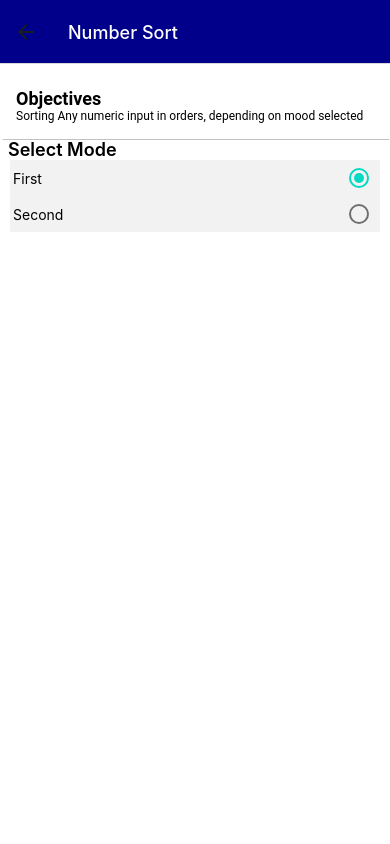
Repository: seyicoded/rn-crazy-algorithm-app
Screen: /Sort_simple_number
The author's editor kept a copy of each file at every save. The screen is drawn from the files as they stood at one save, then again after the next save.
The app was drawn by React Native's web renderer in a window 390 px wide. The project was rebuilt for these pictures with package versions that can differ from the ones it lists, and the page was loaded fresh each time. Also part of the build but not shown: src/screens/sort.js, src/screens/filter.js, src/screens/advance.js, src/screens/sorts/Sort_alphabet.js.

Above is the screen before, as saved 2022-03-30 17:47:28.

After the next save:
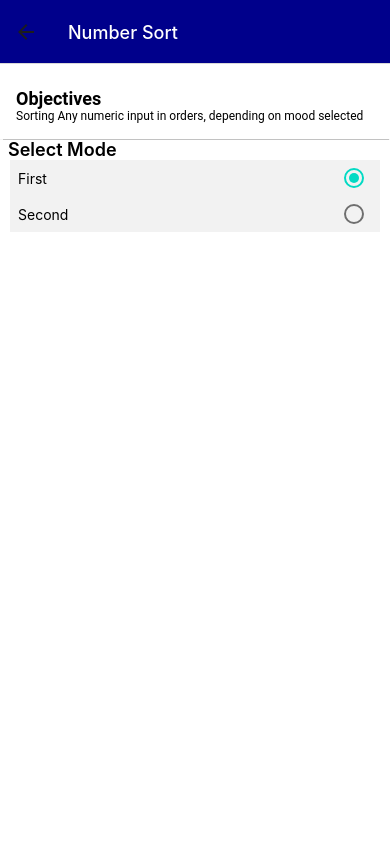
Saved 4 s later.
--- a/src/screens/sorts/Sort_simple_number.js
+++ b/src/screens/sorts/Sort_simple_number.js
@@ -55,6 +55,6 @@ const styles = StyleSheet.create({
         alignItems: 'center',
         marginHorizontal: 10,
         backgroundColor: 'rgba(0, 0, 0, 0.05)',
-        paddingHorizontal: 3,
+        paddingHorizontal: 8,
     }
 })
